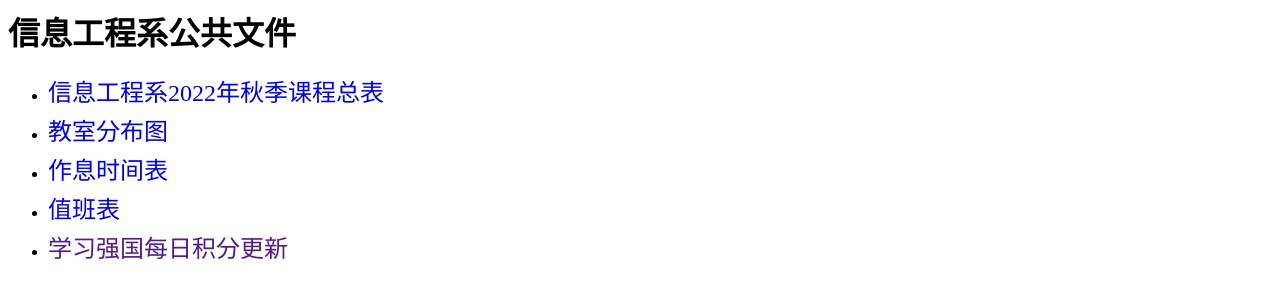
Repository: teacherlonglong/teacherlonglong.github.io
Page: index.html
These files come from the project's save history. The page is drawn as it stood at one moment and after the next save; the edit follows.
The browser window is 1280 px wide. The pictures show the whole page.

Above is the page before, as saved 2022-11-11 17:18:09.

### index.html
<html>

<head>
    <title>信息工程系公共文件</title>
    <style>
        li {
            line-height: 36px;
        }
        a {
            font-size: 24px;
            text-decoration: none;
        }
    </style>
</head>

<body>
    <h1>信息工程系公共文件</h1>
    <ul>
        <li><a href="./信息工程系2022年秋季课程总表.html" target="_blank">信息工程系2022年秋季课程总表</a></li>
        <li><a href="./教室分布图.htm" target="_blank">教室分布图</a></li>
        <li><a href="./作息时间表.htm" target="_blank">作息时间表</a></li>
        <li><a href="./值班表.htm" target="_blank">值班表</a></li>
        <li><a href="">学习强国每日积分更新</a></li>
    </ul>

</body>

</html>

After the next save:
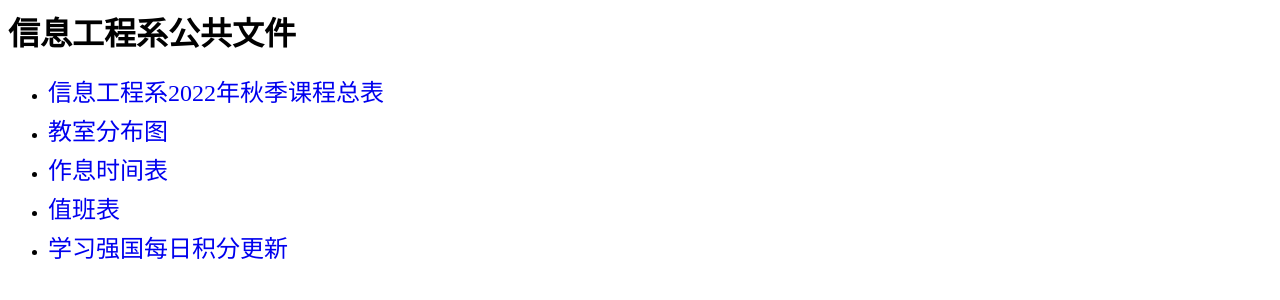
Saved 8 s later.
--- a/index.html
+++ b/index.html
@@ -20,7 +20,7 @@
         <li><a href="./教室分布图.htm" target="_blank">教室分布图</a></li>
         <li><a href="./作息时间表.htm" target="_blank">作息时间表</a></li>
         <li><a href="./值班表.htm" target="_blank">值班表</a></li>
-        <li><a href="">学习强国每日积分更新</a></li>
+        <li><a href="https://kdocs.cn/l/cfJpwSM0RtsN">学习强国每日积分更新</a></li>
     </ul>
 
 </body>
